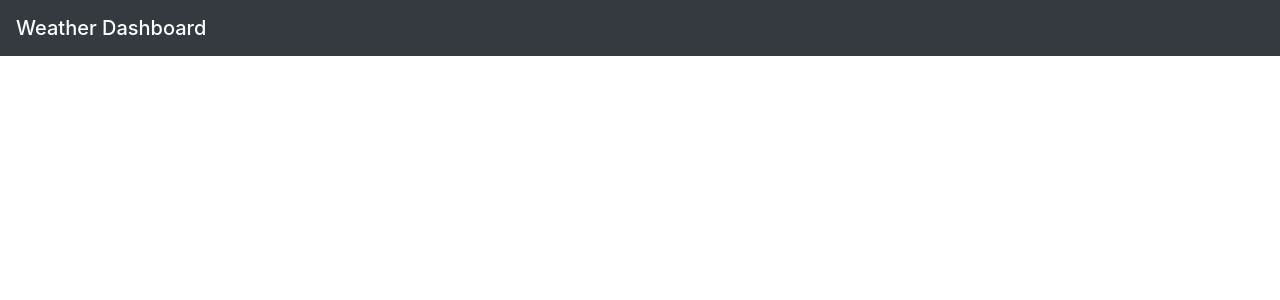
Repository: himaja830/Weather-Dashboard
Page: index.html
An editor plug-in stored every save of this project. The page is shown before and after the next save, followed by the edit.
The browser window is 1280 px wide. The pictures show the whole page.

Above is the page before, as saved 2020-06-27 11:46:53.

After the next save:
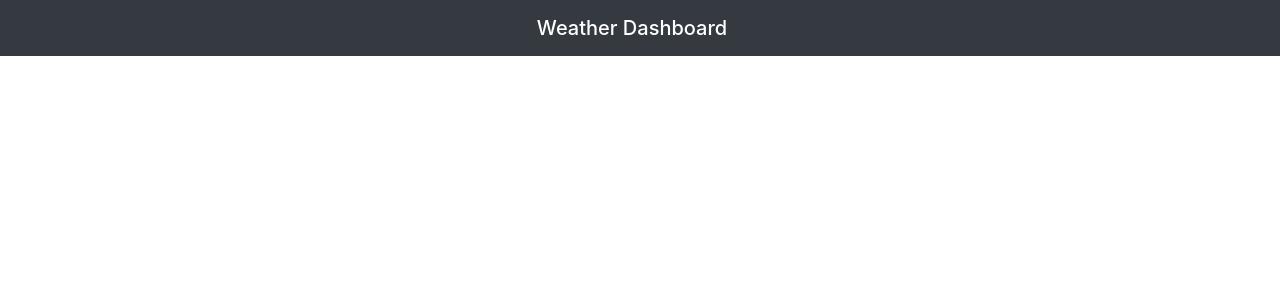
Saved 92 s later.
--- a/index.html
+++ b/index.html
@@ -9,7 +9,7 @@
 </head>
 <body>
     <nav class="navbar navbar-dark bg-dark">
-        <span class="navbar-brand mb-0 h1 text-center">Weather Dashboard</span>
+        <span class="navbar-brand mb-0 h1 w-100 text-center">Weather Dashboard</span>
     </nav>
 </body>
 </html>
